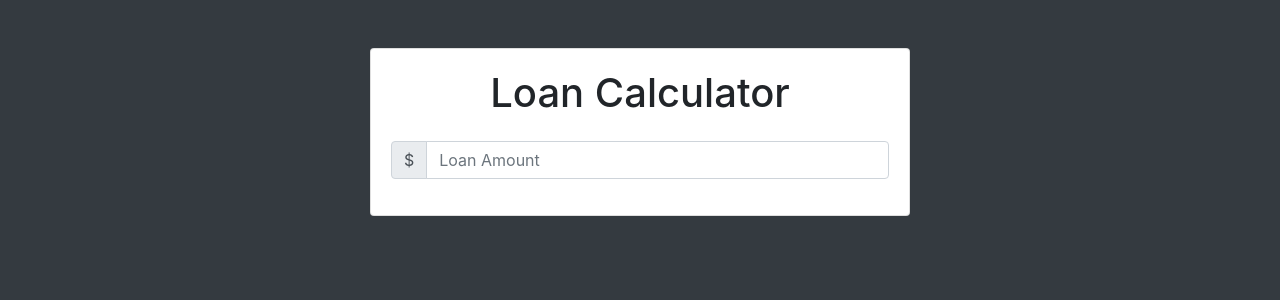
Repository: varun-project/LearningJs
Page: index.html
These files come from the project's save history. The page is drawn as it stood at one moment and after a run of saves; the edit follows.
The browser window is 1280 px wide. The pictures show the whole page.

Above is the page before, as saved 2019-07-28 16:51:33.

### index.html
<!DOCTYPE html>
<html lang="en">
  <head>
    <!-- Required meta tags -->
    <meta charset="utf-8" />
    <meta
      name="viewport"
      content="width=device-width, initial-scale=1, shrink-to-fit=no"
    />

    <!-- Bootstrap CSS -->
    <link
      rel="stylesheet"
      href="https://stackpath.bootstrapcdn.com/bootstrap/4.3.1/css/bootstrap.min.css"
      integrity="sha384-ggOyR0iXCbMQv3Xipma34MD+dH/1fQ784/j6cY/iJTQUOhcWr7x9JvoRxT2MZw1T"
      crossorigin="anonymous"
    />

    <title>Hello, world!</title>
  </head>
  <body class="bg-dark">
    <div class="container">
      <div class="row">
        <div class="col-md-6 mx-auto">
          <div class="card card-body text-center mt-5">
            <h1 class="heading display-5 pb-3">Loan Calculator</h1>
            <form id="loan-form">
              <div class="form-group">
                <div class="input-group">
                  <div class="input-group-prepend">
                    <div class="input-group-text">$</div>
                  </div>
                  <input type="number" class="form-control" id="amount" placeholder="Loan Amount"
                  />
                </div>
              </div>
            </form>
          </div>
        </div>
      </div>
    </div>

    <!-- Optional JavaScript -->
    <!-- jQuery first, then Popper.js, then Bootstrap JS -->
    <script
      src="https://code.jquery.com/jquery-3.3.1.slim.min.js"
      integrity="sha384-q8i/X+965DzO0rT7abK41JStQIAqVgRVzpbzo5smXKp4YfRvH+8abtTE1Pi6jizo"
      crossorigin="anonymous"
    ></script>
    <script
      src="https://cdnjs.cloudflare.com/ajax/libs/popper.js/1.14.7/umd/popper.min.js"
      integrity="sha384-UO2eT0CpHqdSJQ6hJty5KVphtPhzWj9WO1clHTMGa3JDZwrnQq4sF86dIHNDz0W1"
      crossorigin="anonymous"
    ></script>
    <script
      src="https://stackpath.bootstrapcdn.com/bootstrap/4.3.1/js/bootstrap.min.js"
      integrity="sha384-JjSmVgyd0p3pXB1rRibZUAYoIIy6OrQ6VrjIEaFf/nJGzIxFDsf4x0xIM+B07jRM"
      crossorigin="anonymous"
    ></script>
  </body>
</html>

After the next 2 saves:
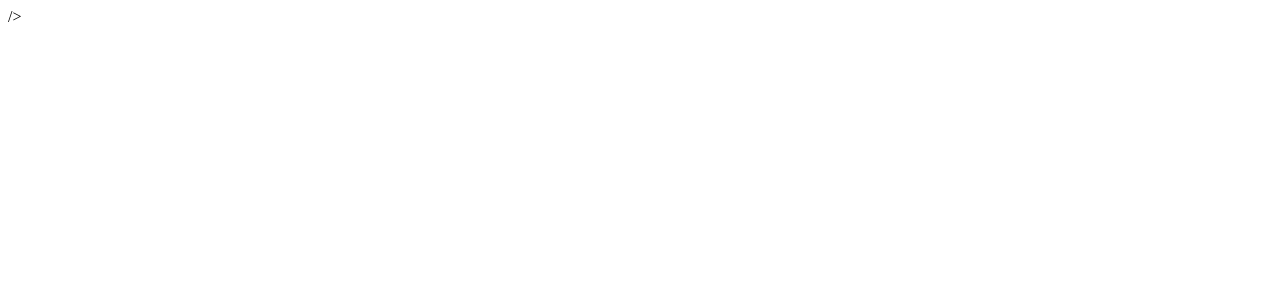
The 2 saves are shown as one change because they came seconds apart.
The last was saved 68 s later.
--- a/index.html
+++ b/index.html
@@ -1,37 +1,6 @@
-<!DOCTYPE html>
-<html lang="en">
-  <head>
-    <!-- Required meta tags -->
-    <meta charset="utf-8" />
-    <meta
-      name="viewport"
-      content="width=device-width, initial-scale=1, shrink-to-fit=no"
-    />
 
-    <!-- Bootstrap CSS -->
-    <link
-      rel="stylesheet"
-      href="https://stackpath.bootstrapcdn.com/bootstrap/4.3.1/css/bootstrap.min.css"
-      integrity="sha384-ggOyR0iXCbMQv3Xipma34MD+dH/1fQ784/j6cY/iJTQUOhcWr7x9JvoRxT2MZw1T"
-      crossorigin="anonymous"
-    />
 
-    <title>Hello, world!</title>
-  </head>
-  <body class="bg-dark">
-    <div class="container">
-      <div class="row">
-        <div class="col-md-6 mx-auto">
-          <div class="card card-body text-center mt-5">
-            <h1 class="heading display-5 pb-3">Loan Calculator</h1>
-            <form id="loan-form">
-              <div class="form-group">
-                <div class="input-group">
-                  <div class="input-group-prepend">
-                    <div class="input-group-text">$</div>
-                  </div>
-                  <input type="number" class="form-control" id="amount" placeholder="Loan Amount"
-                  />
+/>
                 </div>
               </div>
             </form>

After the save that followed:
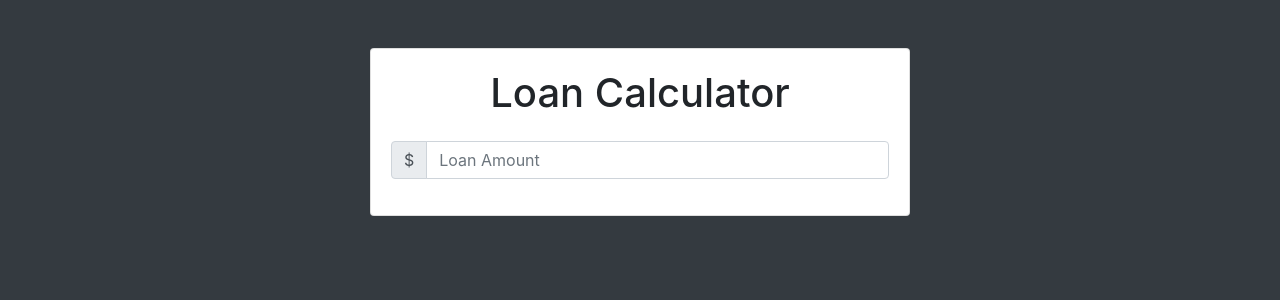
Saved 5 min 53 s later.
--- a/index.html
+++ b/index.html
@@ -1,6 +1,37 @@
+<!DOCTYPE html>
+<html lang="en">
+  <head>
+    <!-- Required meta tags -->
+    <meta charset="utf-8" />
+    <meta
+      name="viewport"
+      content="width=device-width, initial-scale=1, shrink-to-fit=no"
+    />
 
+    <!-- Bootstrap CSS -->
+    <link
+      rel="stylesheet"
+      href="https://stackpath.bootstrapcdn.com/bootstrap/4.3.1/css/bootstrap.min.css"
+      integrity="sha384-ggOyR0iXCbMQv3Xipma34MD+dH/1fQ784/j6cY/iJTQUOhcWr7x9JvoRxT2MZw1T"
+      crossorigin="anonymous"
+    />
 
-/>
+    <title>Hello, world!</title>
+  </head>
+  <body class="bg-dark">
+    <div class="container">
+      <div class="row">
+        <div class="col-md-6 mx-auto">
+          <div class="card card-body text-center mt-5">
+            <h1 class="heading display-5 pb-3">Loan Calculator</h1>
+            <form id="loan-form">
+              <div class="form-group">
+                <div class="input-group">
+                  <div class="input-group-prepend">
+                    <div class="input-group-text">$</div>
+                  </div>
+                  <input type="number" class="form-control" id="amount"placeholder="Loan Amount"
+                  />
                 </div>
               </div>
             </form>
